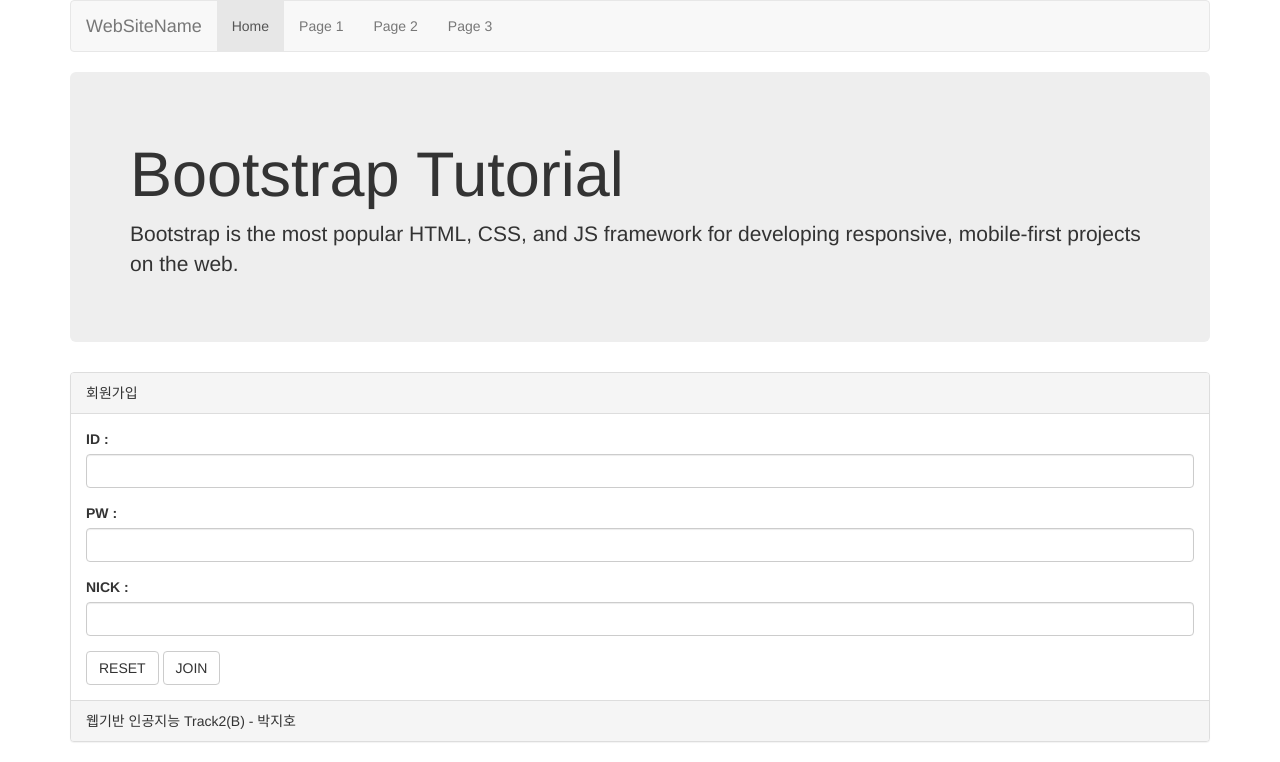
Repository: Jipumpkin/WebServer
Page: http://localhost/FrontCommandPattern/main.jsp
These files come from the project's save history. The page is drawn as it stood at one moment and after the next save; the edit follows.
The browser window is 1280 px wide. The pictures show the whole page.
The page is served by Tomcat 9.

Above is the page before, as saved 2024-08-20 01:26:22.

After the next save:
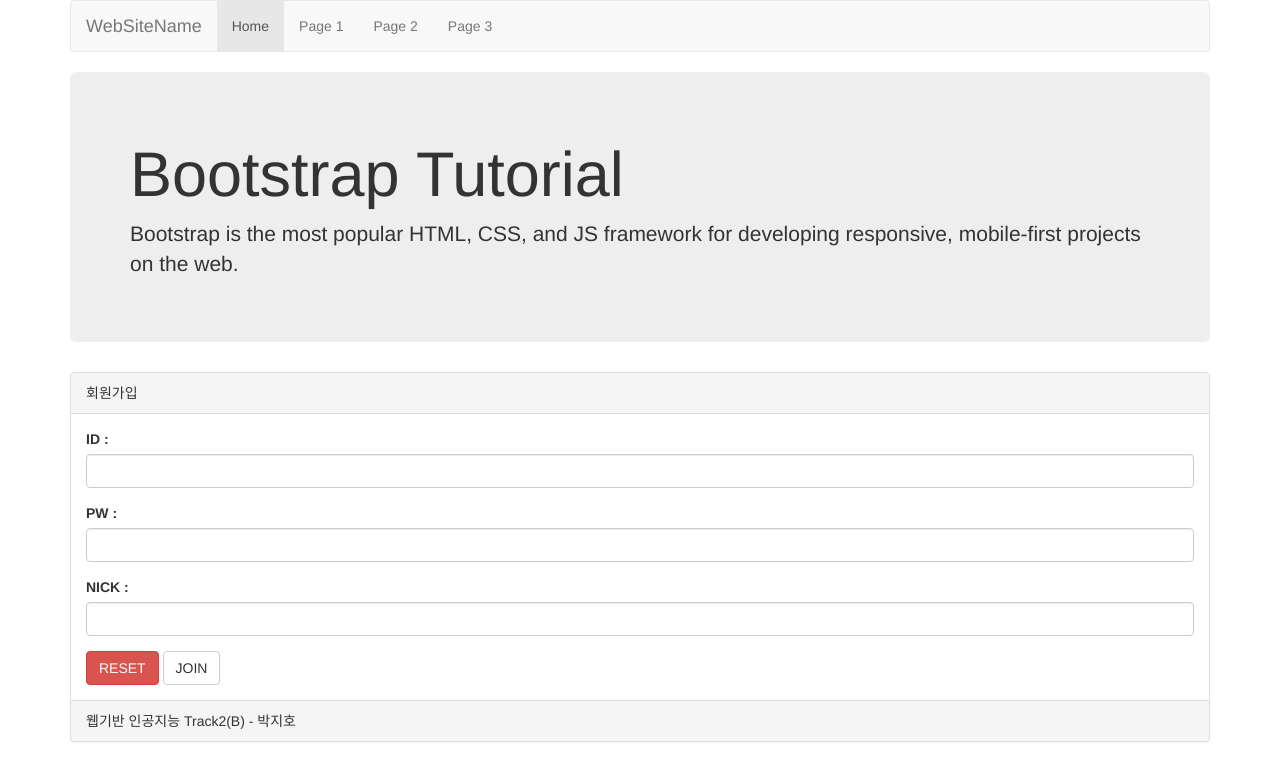
Saved 2 min 26 s later.
--- a/FrontCommandPattern/src/main/webapp/main.jsp
+++ b/FrontCommandPattern/src/main/webapp/main.jsp
@@ -50,7 +50,7 @@
 				    <label for="nick"> NICK : </label>
 				    <input type="text" class="form-control" id="nick">
 				  </div>
-				  <button type="reset" class="btn btn-default">RESET</button>
+				  <button type="reset" class="btn btn-danger">RESET</button>
 				  <button type="submit" class="btn btn-default">JOIN</button>
 				</form>
 
